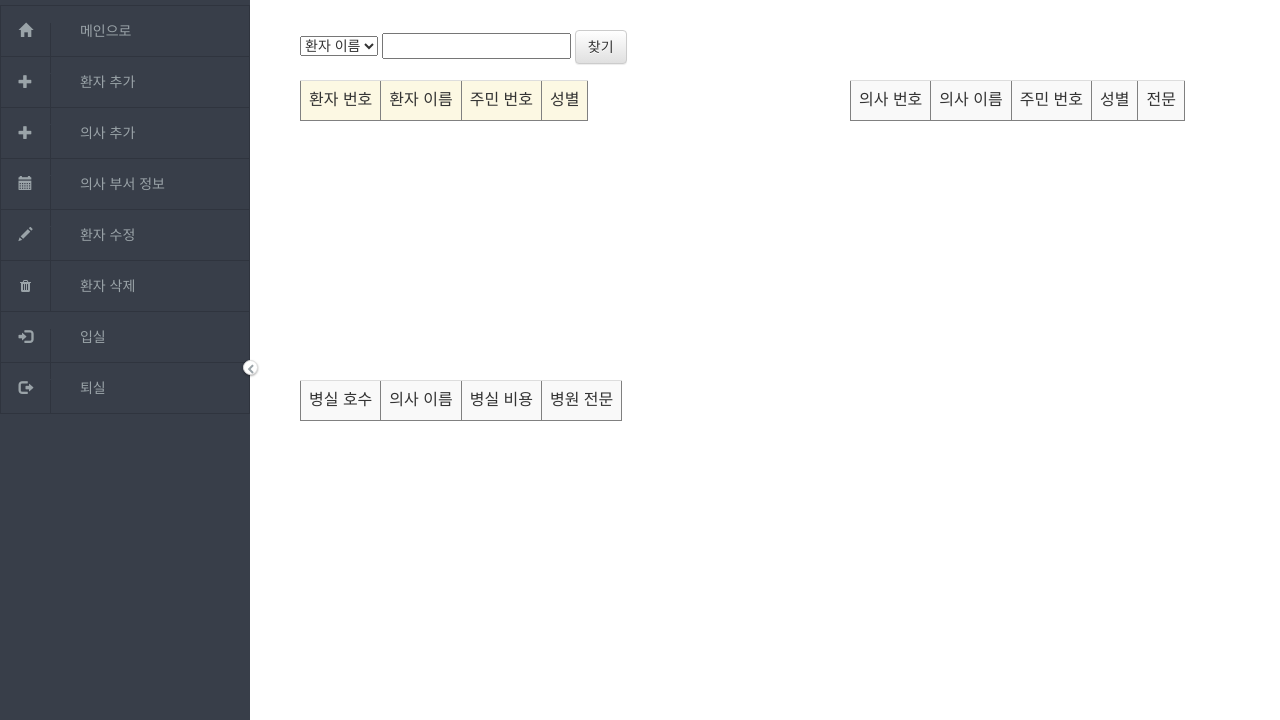
Repository: qaws1134/Hospital_manager
Page: http://localhost/project/main.jsp
These files come from the project's save history. The page is drawn as it stood at one moment and after the next save; the edit follows.
The browser window is 1280 px wide. The pictures show the whole page.
Some web libraries are served in a nearby version. The page is served by Tomcat 9. Other server files are loaded and not shown. The template is opened directly, without the code that normally fills it, so the values that code supplies are empty.

Above is the page before, as saved 2017-12-09 16:33:32.
Console error (its wording comes from the project's code and is left out).

### project/WebContent/main.jsp
<%@ page language="java" contentType="text/html; charset=UTF-8"
    pageEncoding="UTF-8"%>
<%@ taglib uri="http://java.sun.com/jsp/jstl/core" prefix="c" %>

<html lang="kr">
	<head>

	<meta http-equiv="Content-Type" content="text/html" charset="UTF-8">
	<title>http://www.blueb.co.kr</title>
<link rel="stylesheet" href="http://netdna.bootstrapcdn.com/font-awesome/4.3.0/css/font-awesome.min.css">
<!-- 합쳐지고 최소화된 최신 CSS -->
<link rel="stylesheet" href="https://maxcdn.bootstrapcdn.com/bootstrap/3.3.2/css/bootstrap.min.css">
<!-- 부가적인 테마 -->
<link rel="stylesheet" href="https://maxcdn.bootstrapcdn.com/bootstrap/3.3.2/css/bootstrap-theme.min.css">

<!-- 합쳐지고 최소화된 최신 자바스크립트 -->
<script src="https://maxcdn.bootstrapcdn.com/bootstrap/3.3.2/js/bootstrap.min.js"></script>

<style type="text/css">
input[type="checkbox"]#menu_state {
  display: none;
}
input[type="checkbox"]:checked ~ nav {
  width: 250px;
}
input[type="checkbox"]:checked ~ nav label[for="menu_state"] i::before {
  content: "\f053";
}
input[type="checkbox"]:checked ~ nav ul {
  width: 100%;
}
input[type="checkbox"]:checked ~ nav ul li a i {
  border-right: 1px solid #2f343e;
}
input[type="checkbox"]:checked ~ nav ul li a span {
  opacity: 1;
  transition: opacity 0.25s ease-in-out;
}
input[type="checkbox"]:checked ~ main {
  left: 250px;
}
nav {
  position: fixed;
  z-index: 9;
  top: 0;
  left: 0;
  bottom: 0;
  background: #383e49;
  color: #9aa3a8;
  width: 50px;
  font-family: 'Montserrat', sans-serif;
  font-weight: lighter;
  transition: all 0.15s ease-in-out;
}
nav label[for="menu_state"] i {
  cursor: pointer;
  position: absolute;
  top: 50%;
  right: -8px;
  box-shadow: 0 1px 3px rgba(0,0,0,0.12), 0 1px 2px rgba(0,0,0,0.24);
  background: #fff;
  font-size: 10px;
  display: flex;
  justify-content: center;
  align-items: center;
  height: 15px;
  width: 15px;
  border-radius: 50%;
  border: 1px solid #ddd;
  transition: width 0.15s ease-in-out;
  z-index: 1;
}
nav label[for="menu_state"] i::before {
  margin-top: 2px;
  content: "\f054";
}
nav label[for="menu_state"] i:hover {
  box-shadow: 0 10px 20px rgba(0,0,0,0.19), 0 6px 6px rgba(0,0,0,0.23);
}
nav ul {
  overflow: hidden;
  display: block;
  width: 50px;
  list-style-type: none;
  padding: 0;
  margin: 0;
}
nav ul li {
  border: 1px solid #2f343e;
  position: relative;
}
nav ul li.unread:after {
  content: attr(data-content);
  position: absolute;
  top: 10px;
  left: 25px;
  display: flex;
  justify-content: center;
  align-items: center;
  width: 15px;
  height: 15px;
  border-radius: 50%;
  color: #fff;
  background: #ef5952;
  font-size: 8px;
}
nav ul li:not(:last-child) {
  border-bottom: none;
}
nav ul li.active a {
  background: #4c515d;
  color: #fff;
}
nav ul li a {
  position: relative;
  display: block;
  white-space: nowrap;
  text-decoration: none;
  color: #9aa3a8;
  height: 50px;
  width: 100%;
  transition: all 0.15s ease-in-out;
}
nav ul li a:hover {
  background: #4c515d;
  color: #fff;
}
nav ul li a * {
  height: 100%;
  display: inline-block;
}
nav ul li a i {
  text-align: center;
  width: 50px;
  z-index: 999999;
}
nav ul li a i.fa {
  line-height: 50px;
}
nav ul li a span {
  padding-left: 25px;
  opacity: 0;
  line-height: 50px;
  transition: opacity 0.1s ease-in-out;


}

</style>
</head>

<body>
<input type="checkbox" id="menu_state" checked>
<nav>
	<label for="menu_state"><i class="fa"></i></label>
	<ul>
    <li>
      <a href="main.do">
        <i class="glyphicon glyphicon-home"></i>
        <span>메인으로</span>   <!--환자 대기 목록,병실 목록 및 현황-->
      </a>
    </li>
		<li>
			<a href="P_addui.do">
				<i class="glyphicon glyphicon-plus"></i>
				<span>환자 추가</span>
			</a>
		</li>
		<li>
			<a href="D_addui.do">
				<i class="glyphicon glyphicon-plus"></i>
				<span>의사 추가</span>
			</a>
		</li>

		<li>
			<a href="D_clsif.do">
				<i class="glyphicon glyphicon-calendar"></i>
				<span>의사 부서 정보</span>
			</a>
		</li>

		<li>
			<a href="cristal.do">
				<i class="glyphicon glyphicon-pencil"></i>
				<span>환자 수정</span>
			</a>
		</li>
		<li>
			<a href="delsel.do">
				<i class="fa fa-trash"></i>
				<span>환자 삭제</span>
			</a>
		</li>
      <li>
      <a href="insel.do">
        <i class="glyphicon glyphicon-log-in"></i>
        <span>입실</span>
      </a>
    </li>
        <li>
      <a href="javascript:void(0)">
        <i class="glyphicon glyphicon-log-out"></i>
        <span>퇴실</span>
      </a>
    </li>
	</ul>
</nav>
<section style="position:absolute; top:30px;left:300px">
<form action="search.do">
	<select name ="searchName"size ="1">
		<option value="p_name">환자 이름</option>
		<option value="d_name">의사 이름</option>
		<option value="d_cls">병원 종류</option>
	</select>
	<input type="text" name="searchValue">
	<input type="submit" class="btn btn-default" value="찾기">
</form>
</section>

<!-- 환자 정보	 -->
<section style="position:absolute; top:80px;left:300px">
      <table border="1" class="table table-striped">
      	<tr class="warning">
      		<td>환자 번호</td>
      		<td>환자 이름</td>
      		<td>주민 번호</td>
      		<td>성별</td>
      	</tr>

      	<c:forEach items="${P_list}" var="dto">
	      	<tr>
	      		<td>${dto.p_NUM}</td>
	      		<td>${dto.p_NAME}</td>
	      		<td>${dto.p_PERNUM}</td>
	      		<td>${dto.p_GENDER }</td>
	      	</tr>
		</c:forEach>
      </table>
</section>
<!-- 의사 정보 -->
<section style="position:absolute; top:80px;left:850px">
     <table border="1" class="table table-striped">
      	<tr>
      		<td>의사 번호</td>
      		<td>의사 이름</td>
      		<td>주민 번호</td>
      		<td>성별</td>
      		<td>전문</td>
      	</tr>


      	<c:forEach items="${D_list}" var="dto">
	      	<tr>
	      		<td>${dto.d_NUM}</td>
	      		<td>${dto.d_NAME}</td>
	      		<td>${dto.d_PERNUM}</td>
	      		<td>${dto.d_GENDER }</td>
	      		<td>${dto.d_CLS}</td>
	      	</tr>
		</c:forEach>
      </table>
</section>

<!-- 병실 정보 -->
<section style="position:absolute; top:380px;left:300px">
      <table border="1" class="table table-striped">
      	<tr>
      		<td>병실 호수</td>
      		<td>의사 이름</td>
      		<td>병실 비용</td>
  			<td>병원 전문</td>


      	</tr>

      	<c:forEach items="${D_inshow}" var="dto">
	      	<tr>
	      		<td>${dto.h_NUM}호</td>
	      		<td>${dto.d_NAME}</td>
	      		<td>${dto.h_COST}</td>
	      		<td>${dto.d_CLS}</td>
	      	</tr>
		</c:forEach>
      </table>
</section>

<!--
<section style="position:absolute; top:400px;left:300px">
     <table border="1">
		<tr>
      	<c:forEach items="${D_list}" var="dto">
	      		<td>${dto.d_NUM}</td>
	      		<td>${dto.d_NAME}</td>
	      		<td>${dto.d_PERNUM}</td>
	      		<td>${dto.d_GENDER }</td>
	      		<td>${dto.d_CLS}</td>
		</c:forEach>
		</tr>
		<tr>
      	<c:forEach items="${D_list}" var="dto">
	      		<td>${dto.d_NUM}</td>
	      		<td>${dto.d_NAME}</td>
	      		<td>${dto.d_PERNUM}</td>
	      		<td>${dto.d_GENDER }</td>
	      		<td>${dto.d_CLS}</td>
		</c:forEach>
		</tr>
		<tr>
      	<c:forEach items="${D_list}" var="dto">
	      		<td>${dto.d_NUM}</td>
	      		<td>${dto.d_NAME}</td>
	      		<td>${dto.d_PERNUM}</td>
	      		<td>${dto.d_GENDER }</td>
	      		<td>${dto.d_CLS}</td>
		</c:forEach>
		</tr>
      </table>
</section>
-->



</body>
</html>

After the next save:
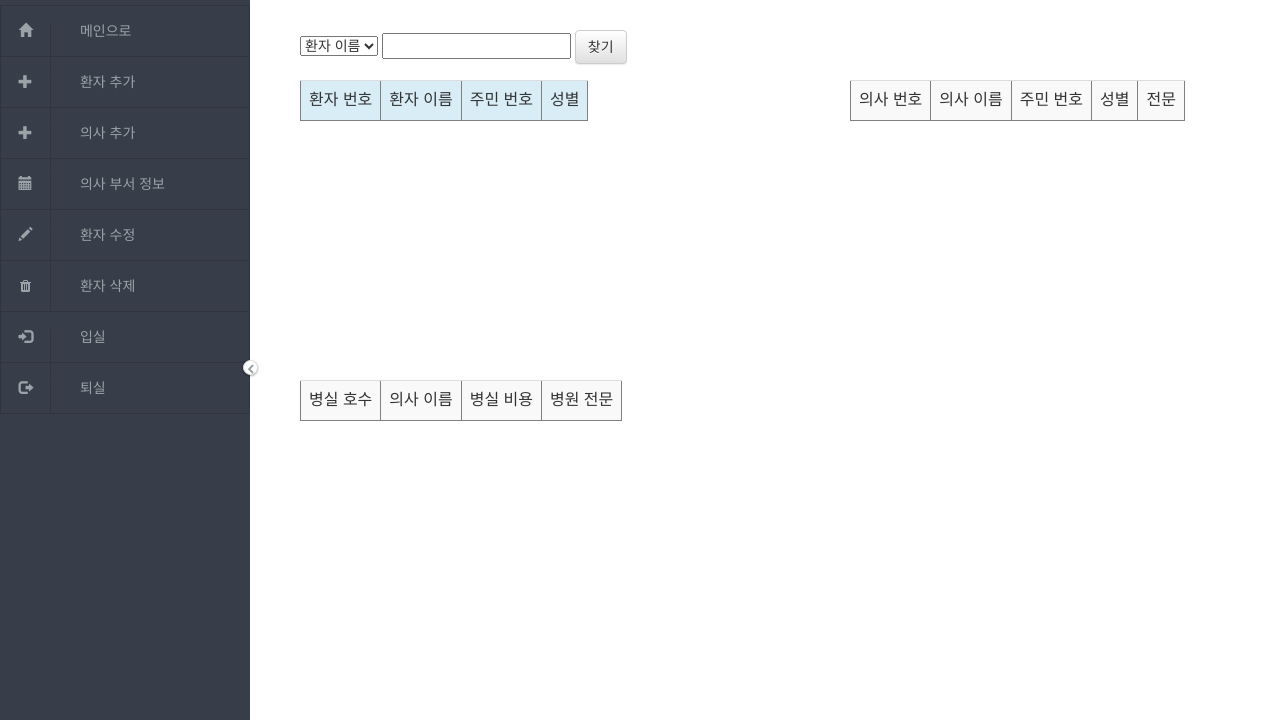
Saved 38 s later.
--- a/project/WebContent/main.jsp
+++ b/project/WebContent/main.jsp
@@ -221,7 +221,7 @@ nav ul li a span {
 <!-- 환자 정보	 -->
 <section style="position:absolute; top:80px;left:300px">
       <table border="1" class="table table-striped">
-      	<tr class="warning">
+      	<tr class="info">
       		<td>환자 번호</td>
       		<td>환자 이름</td>
       		<td>주민 번호</td>
